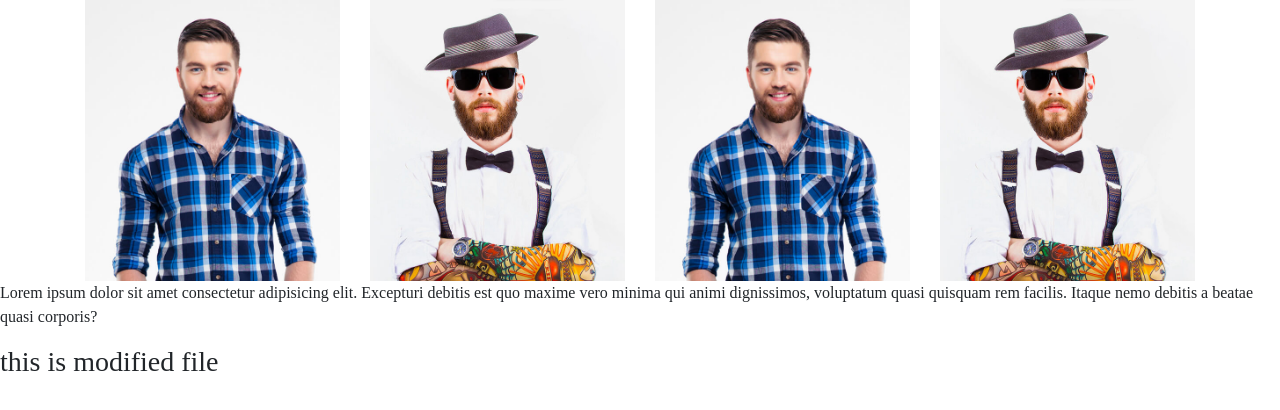
Repository: abdallahgad0000/RouteTeam
Page: index.html
The author's editor kept a copy of each file at every save. The page is drawn from the files as they stood at one save, then again after a run of saves.
The browser window is 1280 px wide. The pictures show the whole page.

Above is the page before, as saved 2020-12-26 10:56:26.

After the next 3 saves:
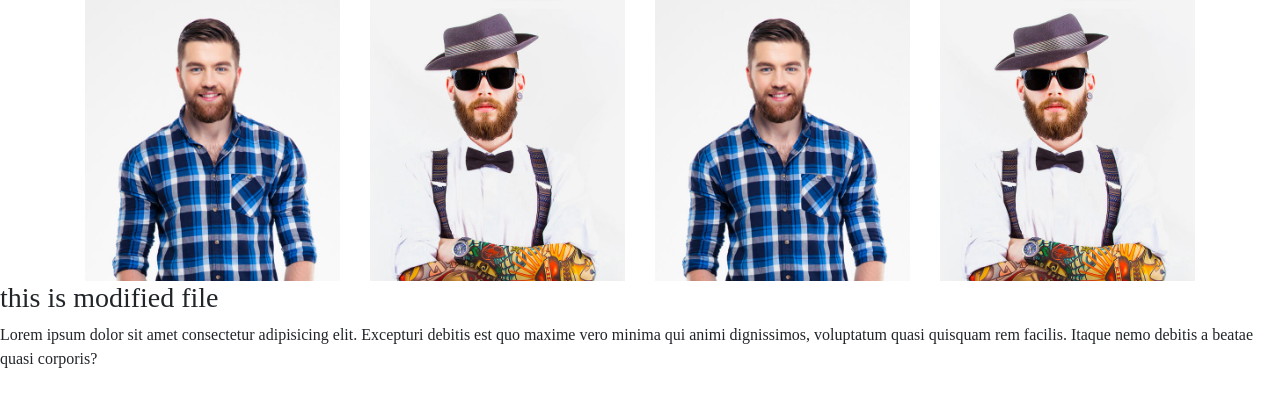
The 3 saves are shown as one change because they came seconds apart.
The last was saved 15 s later.
--- a/index.html
+++ b/index.html
@@ -37,9 +37,10 @@
   <!--end of section 1-->
 
   <section>
+    <h3> this is modified file</h3>
+
     <p> Lorem ipsum dolor sit amet consectetur adipisicing elit. Excepturi debitis est quo maxime vero minima qui animi
       dignissimos, voluptatum quasi quisquam rem facilis. Itaque nemo debitis a beatae quasi corporis? </p>
-    <h3> this is modified file</h3>
   </section>
 
   <script src="js/main.js"></script>
